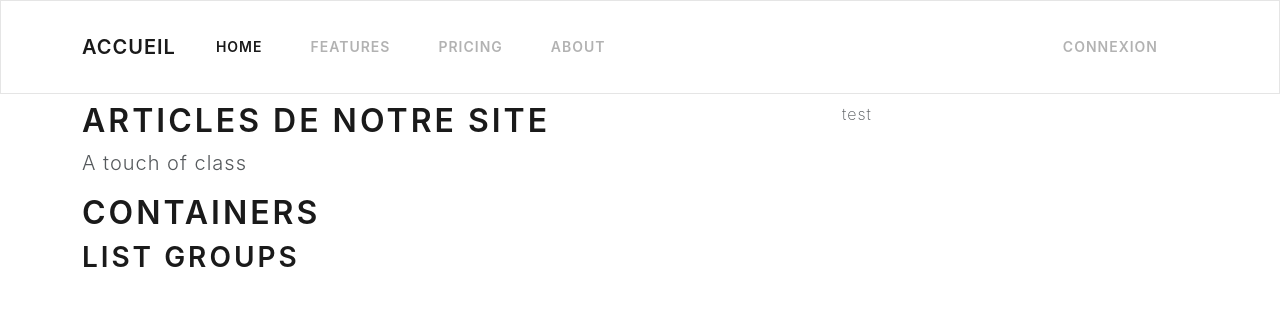
Repository: cahitYes/PDO
Page: http://localhost/?connect
An editor plug-in stored every save of this project. The page is shown before and after the next save, followed by the edit.
The browser window is 1280 px wide. The pictures show the whole page.
Some web fonts or font styles are not loaded; a fallback is used. The page is run by PHP 8.4 with error messages shown; the project is at /var/www/html/.

Above is the page before, as saved 2022-02-15 14:22:28.

After the next save:
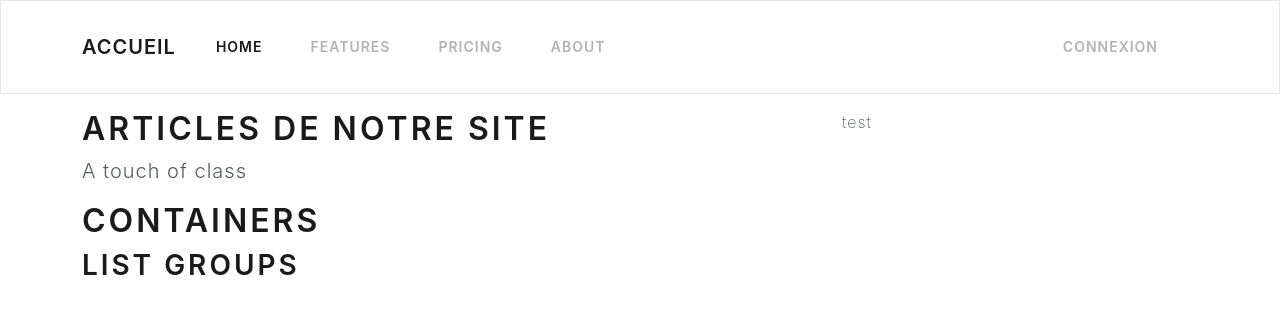
Saved 9 s later.
--- a/pdo_1/exemple2/view/publicView/publicHomepageView.php
+++ b/pdo_1/exemple2/view/publicView/publicHomepageView.php
@@ -38,7 +38,7 @@
     </div>
   </div>
 
-  <div class="container mt-2">
+  <div class="container mt-3">
     <div class="page-header" id="banner">
       <div class="row">
         <div class="col-lg-8 col-md-7 col-sm-6">
